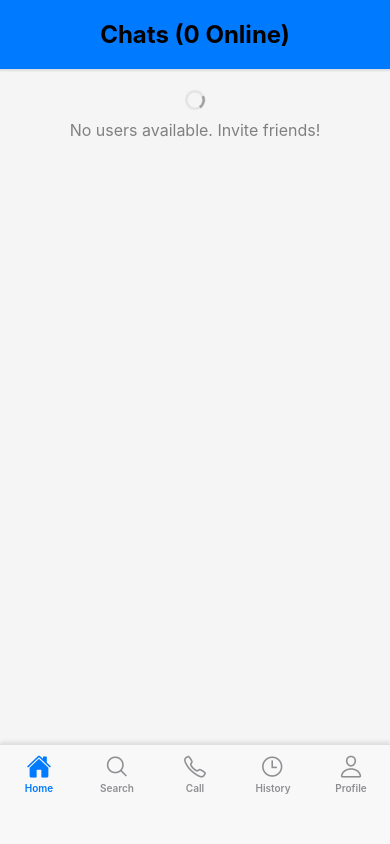
Repository: UdayRaj04/Chatapp_native
Screen: /MainTabs (app in ChatAppFrontend/)
The author's editor kept a copy of each file at every save. The screen is drawn from the files as they stood at one save, then again after a run of saves.
The app was drawn by React Native's web renderer in a window 390 px wide. The project was rebuilt for these pictures with package versions that can differ from the ones it lists, and the page was loaded fresh each time. Some packages were replaced by stand-ins written for this rebuild. Also part of the build but not shown: ChatAppFrontend/screens/RegisterScreen.tsx, ChatAppFrontend/screens/ChatScreen.tsx, ChatAppFrontend/screens/SearchScreen.tsx, ChatAppFrontend/screens/AnalyticsScreen.tsx, ChatAppFrontend/screens/HistoryScreen.tsx, ChatAppFrontend/screens/ProfileScreen.tsx.

Above is the screen before, as saved 2025-09-09 17:49:02.

After the next 4 saves:
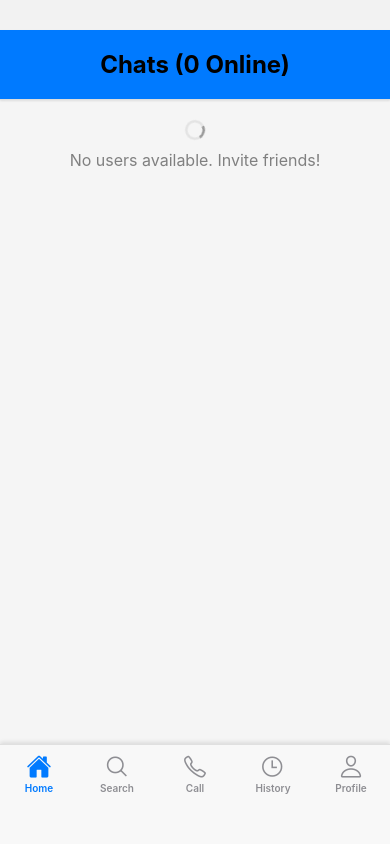
The 4 saves are shown as one change because 1 did not build or start and some came seconds apart.
The last was saved 16 s later.
--- a/ChatAppFrontend/screens/ChatListScreen.tsx
+++ b/ChatAppFrontend/screens/ChatListScreen.tsx
@@ -198,6 +198,7 @@ export default function ChatListScreen({ navigation }: { navigation: any }) {
 
 const styles = StyleSheet.create({
   container: {
+    marginTop: 30,
     flex: 1,
     backgroundColor: '#f5f5f5',
   },
